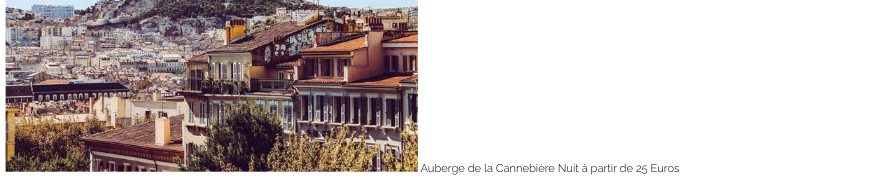
Repository: jaydeeonghub/DYLANBARBARISI_2_16062021
Page: index.html
An editor plug-in stored every save of this project. The page is shown before and after the next save, followed by the edit.
The browser window is 1280 px wide. The pictures show the part of the page from y = 3825 to 5745 px (the page is 4083 px tall before and 6317 px after), at 70% of full size.

Above is the page before, as saved 2021-06-19 19:18:05.

After the next save:
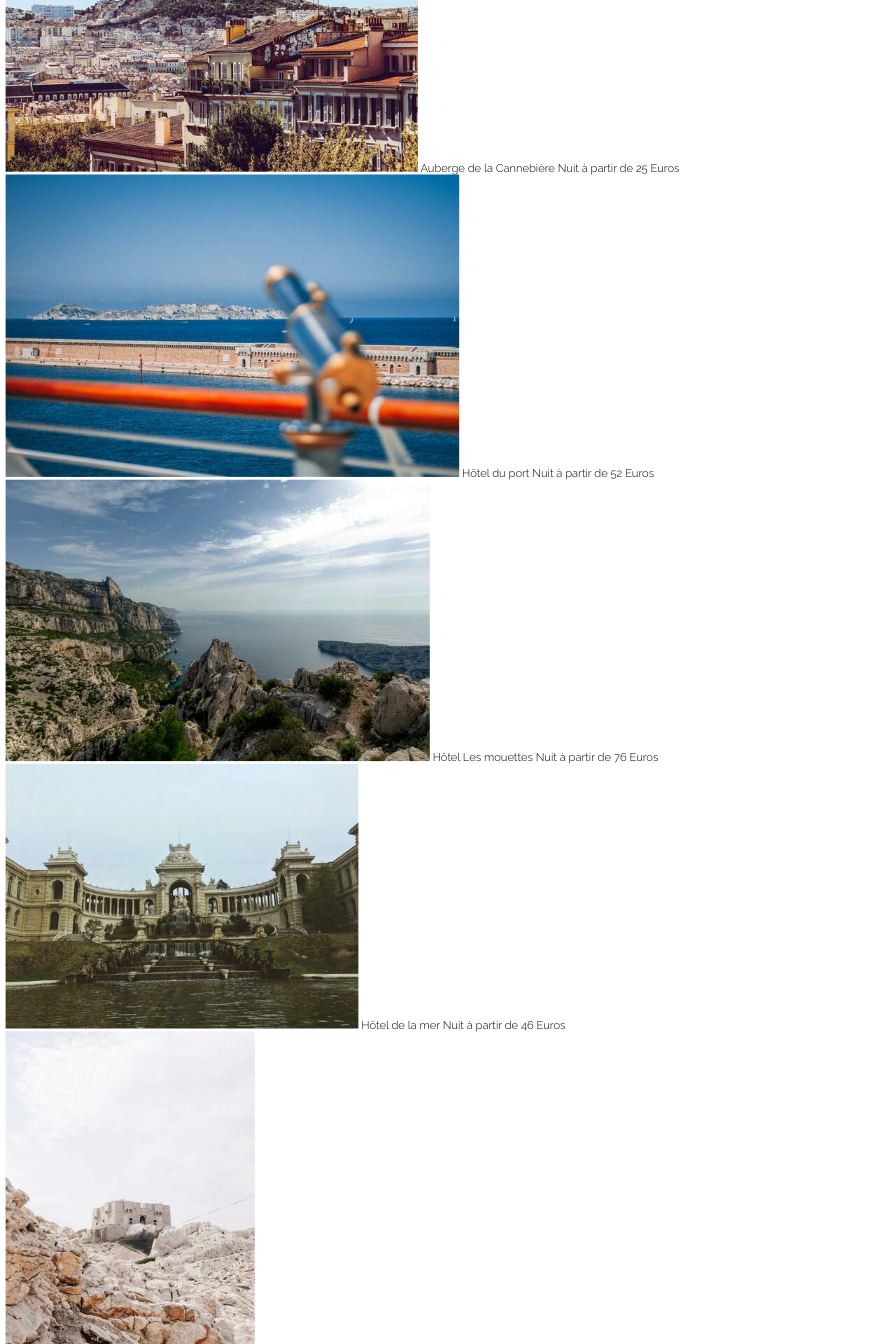
Saved 18 h 58 min later.
--- a/index.html
+++ b/index.html
@@ -47,9 +47,9 @@
         <section>
             <aside>
                 <h2>Hébergements à Marseille</h2>
-                <div>
-                <img src="Assets/Images/4_small/florian-wehde-xW9e8gdotxI-unsplash.jpg"
-                />
+        <div>
+            <img src="Assets/Images/4_small/florian-wehde-xW9e8gdotxI-unsplash.jpg"
+                      />
                 <span>
                     Auberge de la Cannebière
                 </span>
@@ -63,7 +63,87 @@
                     <i></i>
                     <i></i>
                 </div>
-                </div>
+        <div>
+            <img src="Assets/Images/4_small/kevin-hikari-rV_Qd1l-VXg-unsplash.jpg"
+                    />
+                <span>
+                    Hôtel du port
+                    </span>
+                    <span>
+                        Nuit à partir de 52 Euros
+                    </span>
+                    <div>
+                        <i></i>
+                        <i></i>
+                        <i></i>
+                        <i></i>
+                        <i></i>
+                    </div>
+                    <div>
+                        <img src="Assets/Images/4_small/kilyan-sockalingum-NR8-cBCN3aI-unsplash.jpg"
+                        />
+                        <span>
+                            Hôtel Les mouettes
+                        </span>
+                        <span>
+                            Nuit à partir de 76 Euros
+                        </span>
+                        <div>
+                            <i></i>
+                            <i></i>
+                            <i></i>
+                            <i></i>
+                            <i></i>
+                        </div>
+                        <div>
+                            <img src="Assets/Images/4_small/lena-paulin-wH2-EJoDcV0-unsplash.jpg"
+                            />
+                            <span>
+                                Hôtel de la mer
+                            </span>
+                            <span>
+                                Nuit à partir de 46 Euros
+                            </span>
+                            <div>
+                                <i></i>
+                                <i></i>
+                                <i></i>
+                                <i></i>
+                                <i></i>
+                            </div>
+                            <div>
+                                <img src="Assets/Images/4_small/paul-hermann-QFTrLdQIRhI-unsplash.jpg"
+                                />
+                                <span>
+                                    Auberge Le Panier
+                                </span>
+                                <span>
+                                    Nuit à partir de 23 Euros
+                                </span>
+                                <div>
+                                    <i></i>
+                                    <i></i>
+                                    <i></i>
+                                    <i></i>
+                                    <i></i>
+                                </div>
+                                <div>
+                                    <img src="Assets/Images/4_small/reno-laithienne-QUgJhdY5Fyk-unsplash.jpg"
+                                    />
+                                    <span>
+                                        Hôtel Chez Amina
+                                    </span>
+                                    <span>
+                                        Nuit à partir de 96 Euros
+                                    </span>
+                                    <div>
+                                        <i></i>
+                                        <i></i>
+                                        <i></i>
+                                        <i></i>
+                                        <i></i>
+                                    </div>
+
             </aside><!--Hebergements à Marseille-->
             <aside></aside><!-- Les plus populaires-->
         </section>
